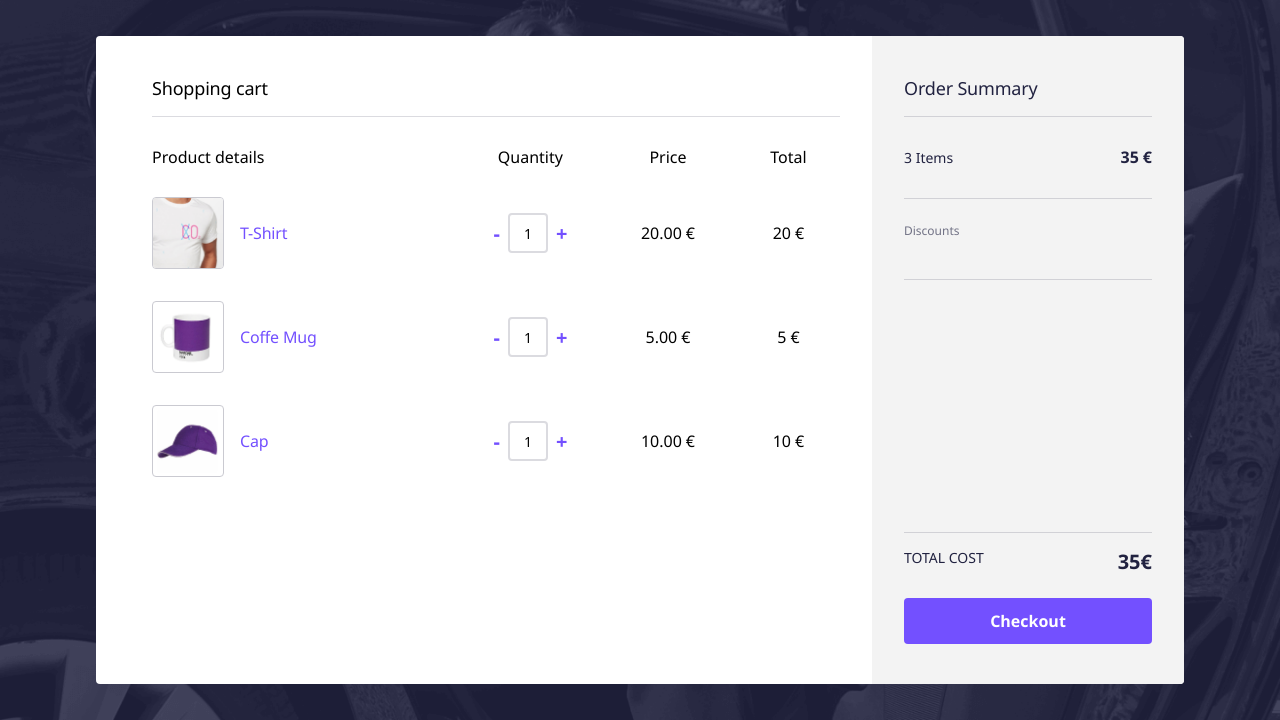
Repository: banchiec/challengecbfy
Page: /
The author's editor kept a copy of each file at every save. The page is drawn from the files as they stood at one save, then again after the next save.
The browser window is 1280 px wide. The pictures show the whole page.
Some web fonts or font styles are not loaded; a fallback is used. The project was rebuilt for these pictures with package versions that can differ from the ones it lists, and the page was loaded fresh each time. Also part of the build but not shown: craco.config.js.

Above is the page before, as saved 2021-12-10 12:23:05.

After the next save:
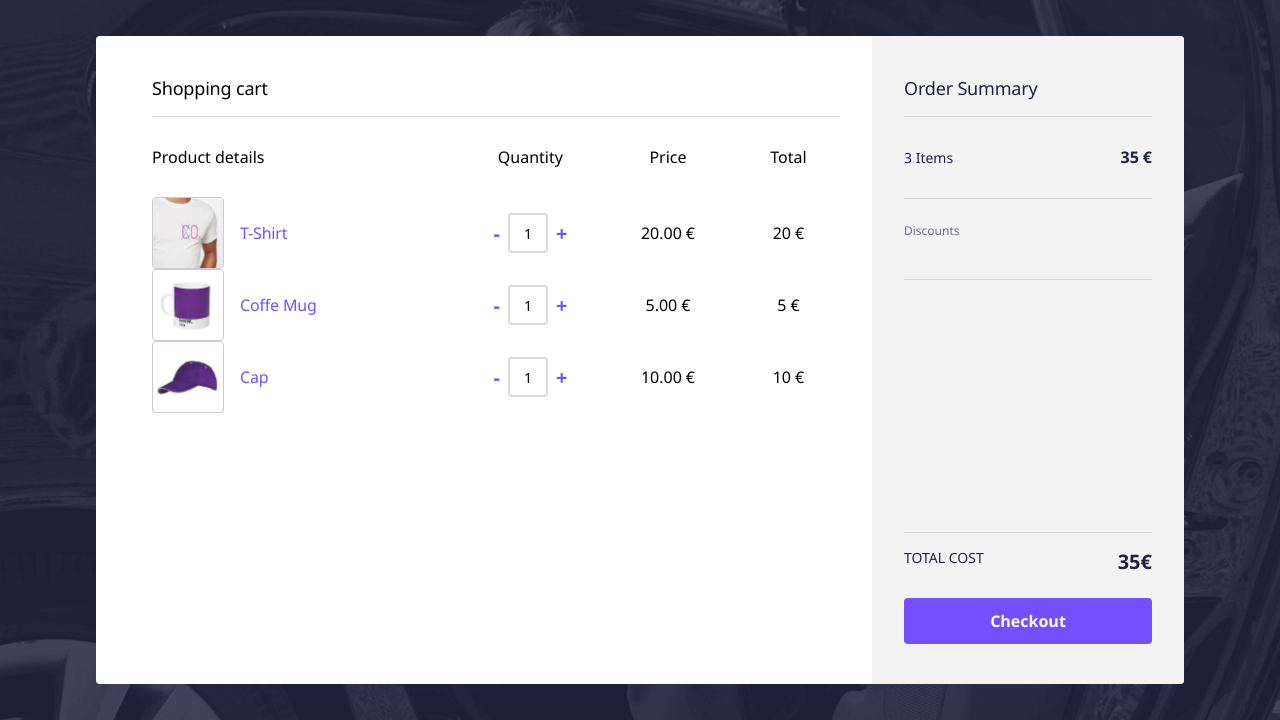
Saved 67 s later.
--- a/src/components/CartString/CartString.js
+++ b/src/components/CartString/CartString.js
@@ -22,6 +22,9 @@ export const CartString = (props) => {
 
     return (
         <>
+            <div className="modal">
+
+            </div>
             <li className="product row" onClick={setDetails}>
                 <div className="col-product">
                     <figure className="product-image">
